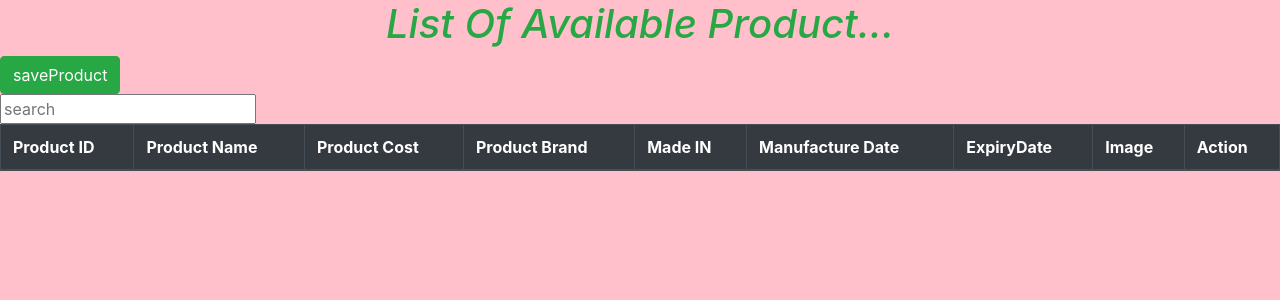
Repository: jrajesh111/Adv-java
Page: http://localhost/ProductAppproject/productList.jsp
An editor plug-in stored every save of this project. The page is shown before and after the next save, followed by the edit.
The browser window is 1280 px wide. The pictures show the whole page.
The page is served by Tomcat 9. Queries for data that is not in the repository find no rows.

Above is the page before, as saved 2024-03-09 07:29:24.

After the next save:
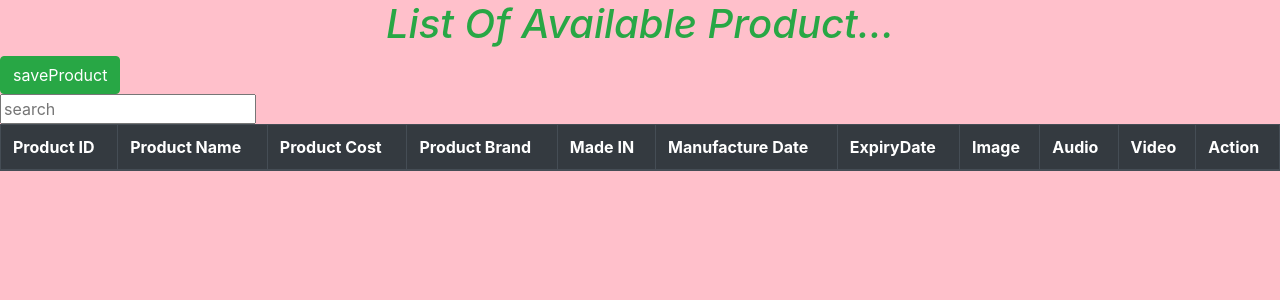
Saved 15 min 41 s later.
--- a/ProductAppproject/src/main/webapp/productList.jsp
+++ b/ProductAppproject/src/main/webapp/productList.jsp
@@ -52,7 +52,10 @@
 			<th>Manufacture Date</th>
 			<th>ExpiryDate</th>
 			<th>Image</th>
+			<th>Audio</th>
+			<th>Video</th>
 			<th>Action</th>
+
 
 
 		</tr>
